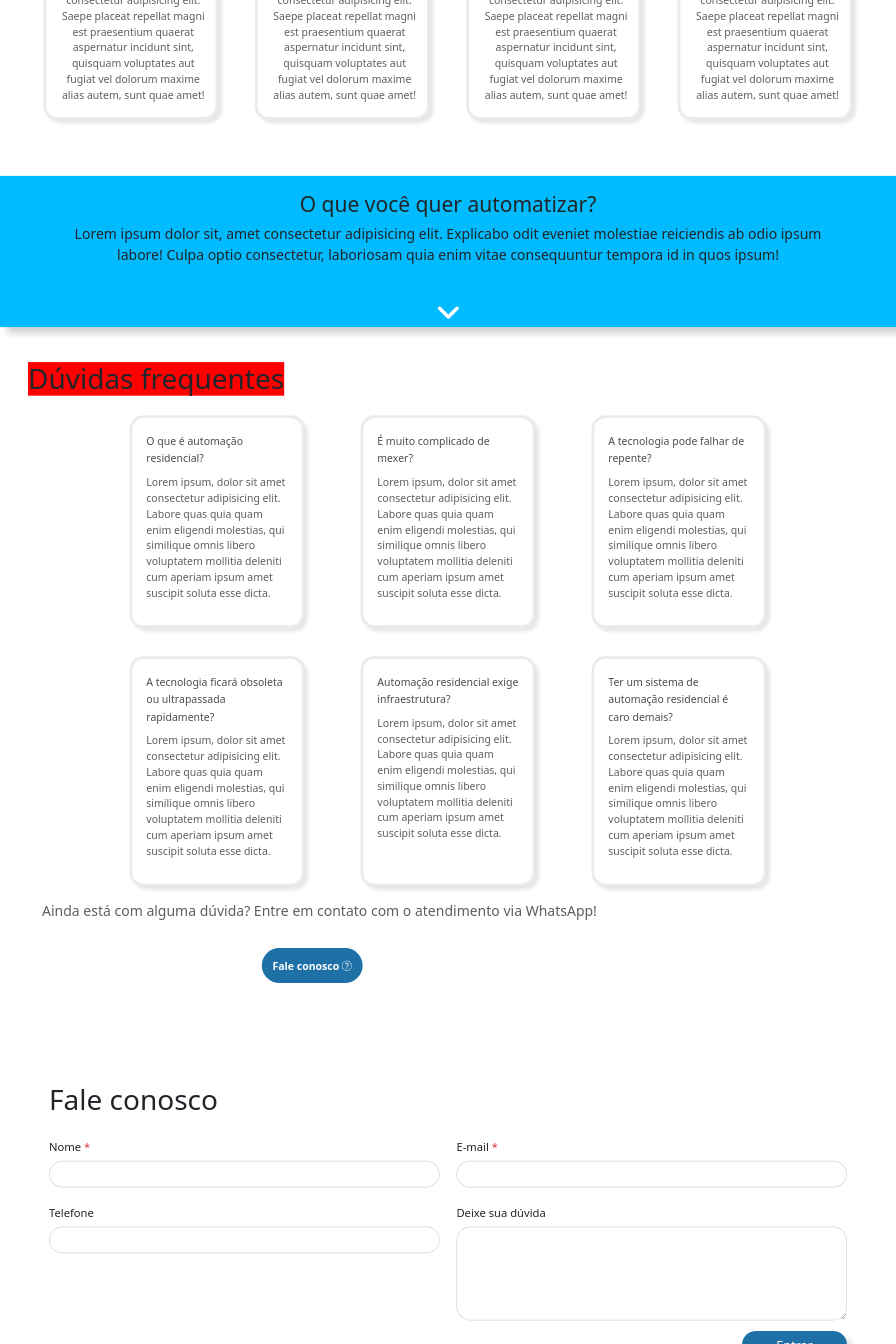
Repository: BulleST/SouHi_Institucional
Page: home.html
The author's editor kept a copy of each file at every save. The page is drawn from the files as they stood at one save, then again after the next save.
The browser window is 1280 px wide. The pictures show the part of the page from y = 1216 to 3136 px (the page is 3571 px tall), at 70% of full size.

Above is the page before, as saved 2022-10-27 17:54:22.

After the next save:
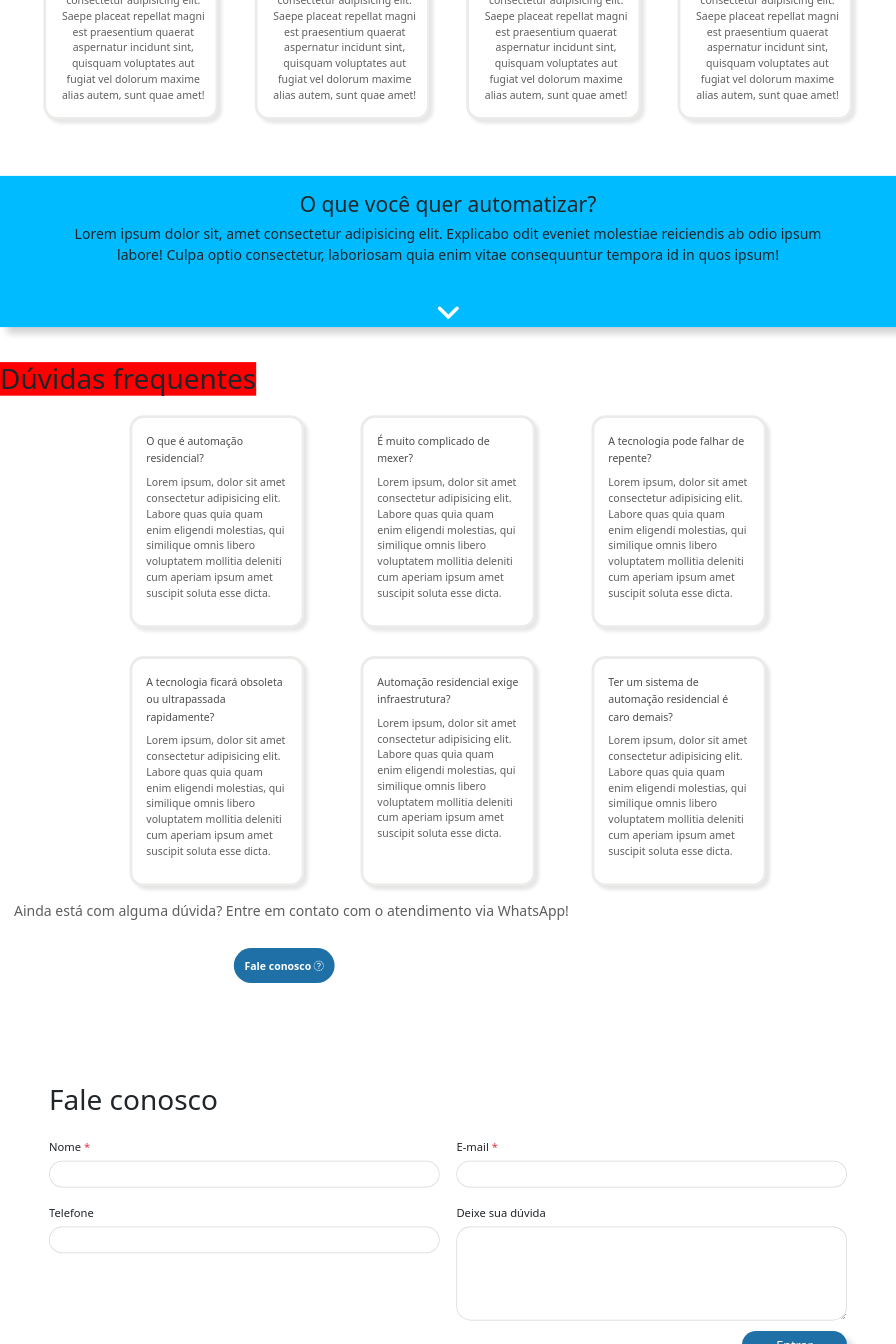
Saved 4 s later.
--- a/home.html
+++ b/home.html
@@ -243,7 +243,7 @@
 
 
 
-    <div class="wrapper">
+
       <div class="duvidas" >
         <h1>Dúvidas frequentes</h1>
         <div class="duvida-card">

After the 2 saves that followed:
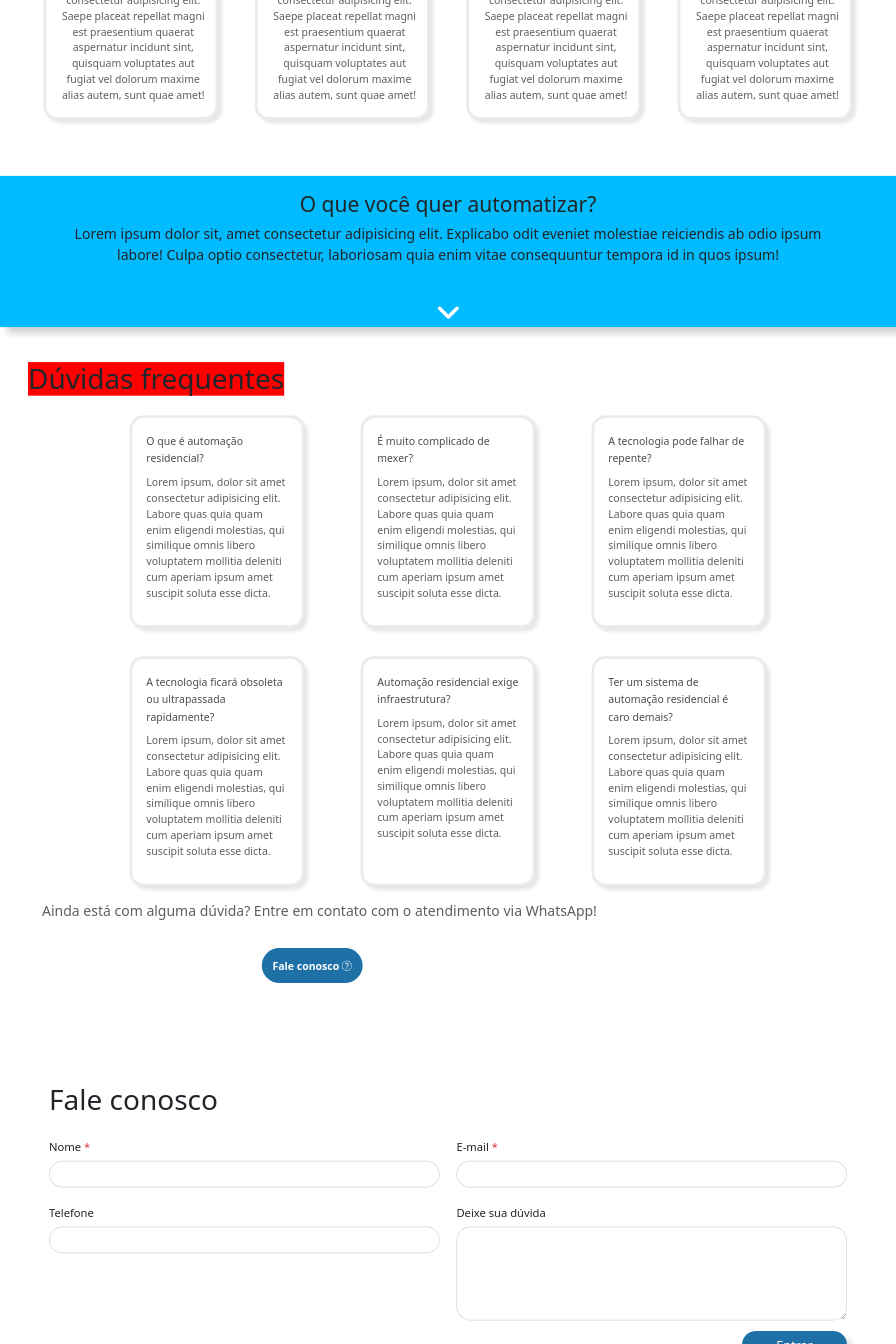
The 2 saves are shown as one change because they came seconds apart.
The last was saved 7 s later.
--- a/home.html
+++ b/home.html
@@ -243,7 +243,7 @@
 
 
 
-
+    <div class="wrapper">
       <div class="duvidas" >
         <h1>Dúvidas frequentes</h1>
         <div class="duvida-card">
